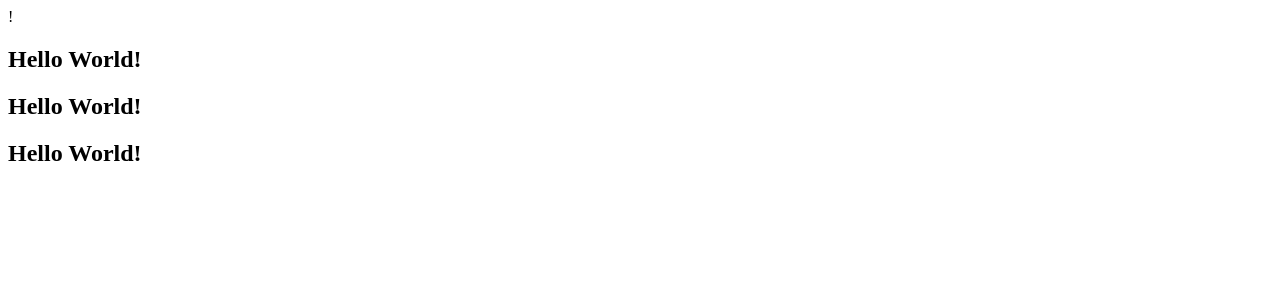
Repository: ashokthombre/Practice-projects
Page: http://localhost/springmvc/home
These files come from the project's save history. The page is drawn as it stood at one moment and after the next save; the edit follows.
The browser window is 1280 px wide. The pictures show the whole page.
The page is served by Tomcat 9. Other server files are loaded and not shown.

Above is the page before, as saved 2024-09-02 15:13:13.

### springmvc/src/main/webapp/WEB-INF/spring-servlet.xml
<?xml version="1.0" encoding="UTF-8"?>
<beans xmlns="http://www.springframework.org/schema/beans"
       xmlns:xsi="http://www.w3.org/2001/XMLSchema-instance"
       xmlns:context="http://www.springframework.org/schema/context"
       xmlns:p="http://www.springframework.org/schema/p"
       xmlns:util="http://www.springframework.org/schema/util"

       xsi:schemaLocation="http://www.springframework.org/schema/beans
            http://www.springframework.org/schema/beans/spring-beans.xsd
            http://www.springframework.org/schema/context
            http://www.springframework.org/schema/context/spring-context.xsd">

    <context:component-scan base-package="com.springmvc.controller"/>

    <bean class=" org.springframework.web.servlet.view.InternalResourceViewResolver" name="viewResolver">
        <property name="prefix" value="/WEB-INF/views/"/>
        <property name="suffix" value=".jsp"/>
    </bean>


</beans>

### springmvc/src/main/webapp/WEB-INF/views/index.jsp
!


<body>
<h2>Hello World!</h2>
<h2>Hello World!</h2>
<h2>Hello World!</h2>

</body>

### springmvc/src/main/java/com/springmvc/controller/HomeController.java
package com.springmvc.controller;

import org.springframework.stereotype.Controller;
import org.springframework.ui.Model;
import org.springframework.web.bind.annotation.RequestMapping;
import org.springframework.web.servlet.ModelAndView;

@Controller
public class HomeController {

    @RequestMapping("/home")
   public String home(Model model)
{
    model.addAttribute("name","Ashoka");
    System.out.println("home");
    return "index";
}


@RequestMapping("/about")
public String about()
{
    System.out.println("this is about");
    return "about";
}

@RequestMapping("/help")
public ModelAndView help()
{

	ModelAndView modelAndView=new ModelAndView();
	modelAndView.addObject("name","ashoka");
	modelAndView.setViewName("help");

	return modelAndView;

}
}

After the next save:
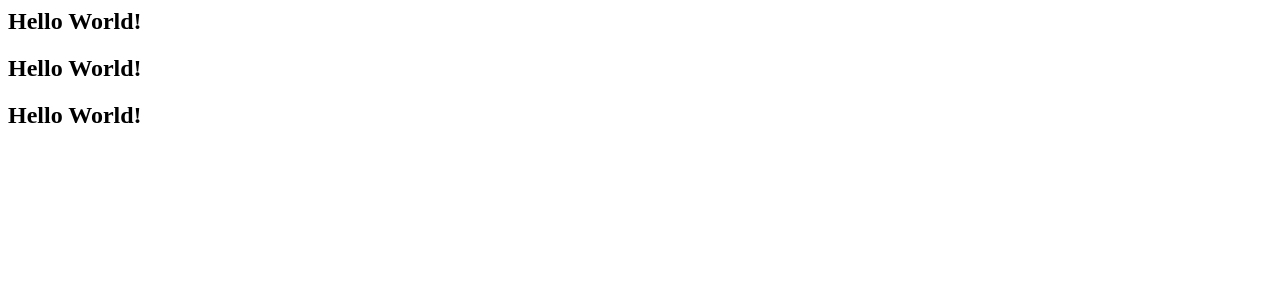
Saved 4 min 21 s later.
--- a/springmvc/src/main/webapp/WEB-INF/views/index.jsp
+++ b/springmvc/src/main/webapp/WEB-INF/views/index.jsp
@@ -1,4 +1,4 @@
-!
+
 
 
 <body>
